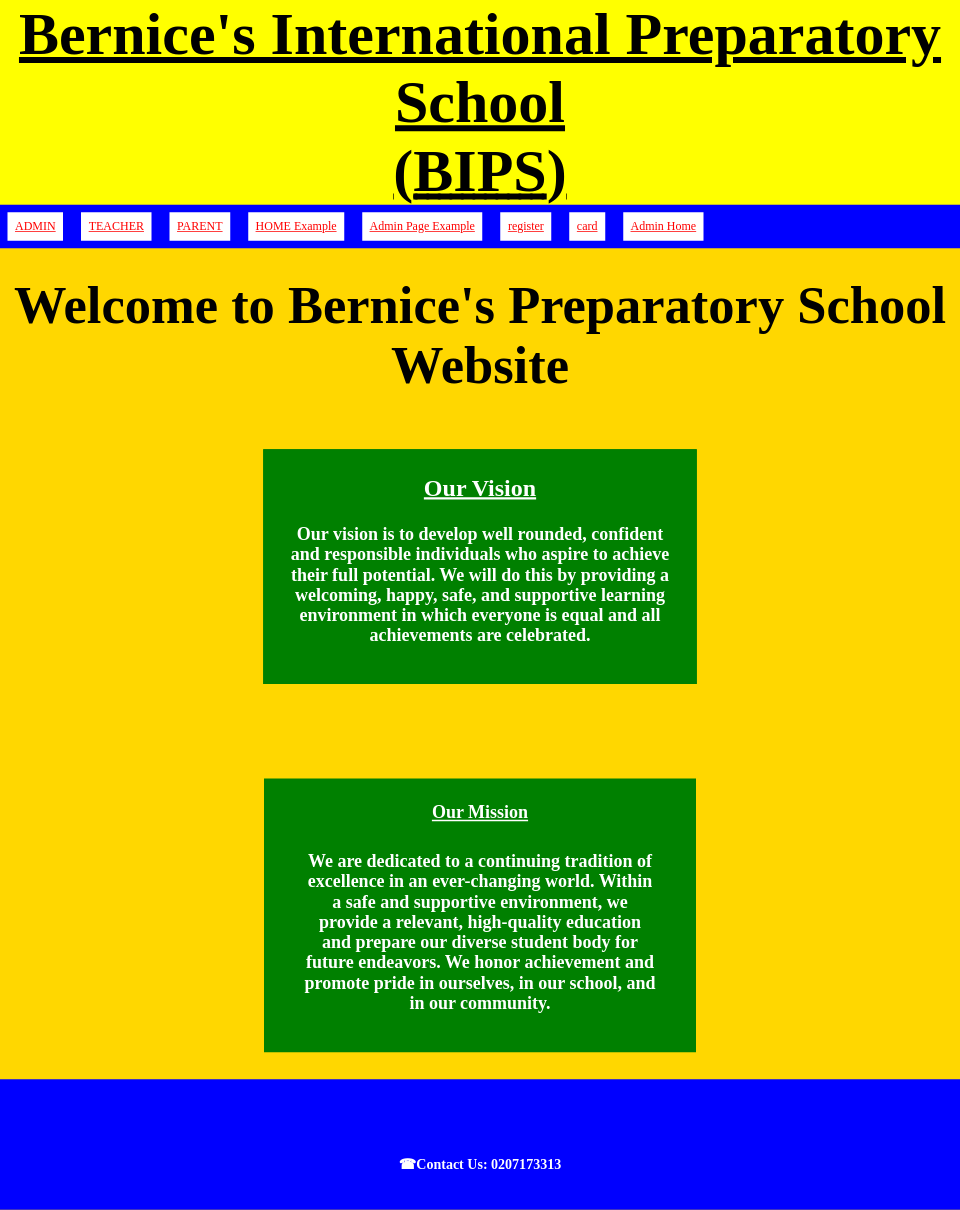
Repository: joseackah/eclipse-workspace
Page: http://localhost/com.school.mgt.system.Front.End/WEB-INF/views/index.jsp
An editor plug-in stored every save of this project. The page is shown before and after the next save, followed by the edit.
The browser window is 1280 px wide. The pictures show the whole page, at 75% of full size.
The page is served by Tomcat 9. Nobody is signed in. The template is opened directly, without the code that normally fills it, so the values that code supplies are empty.

Above is the page before, as saved 2021-08-16 12:22:12.

After the next save:
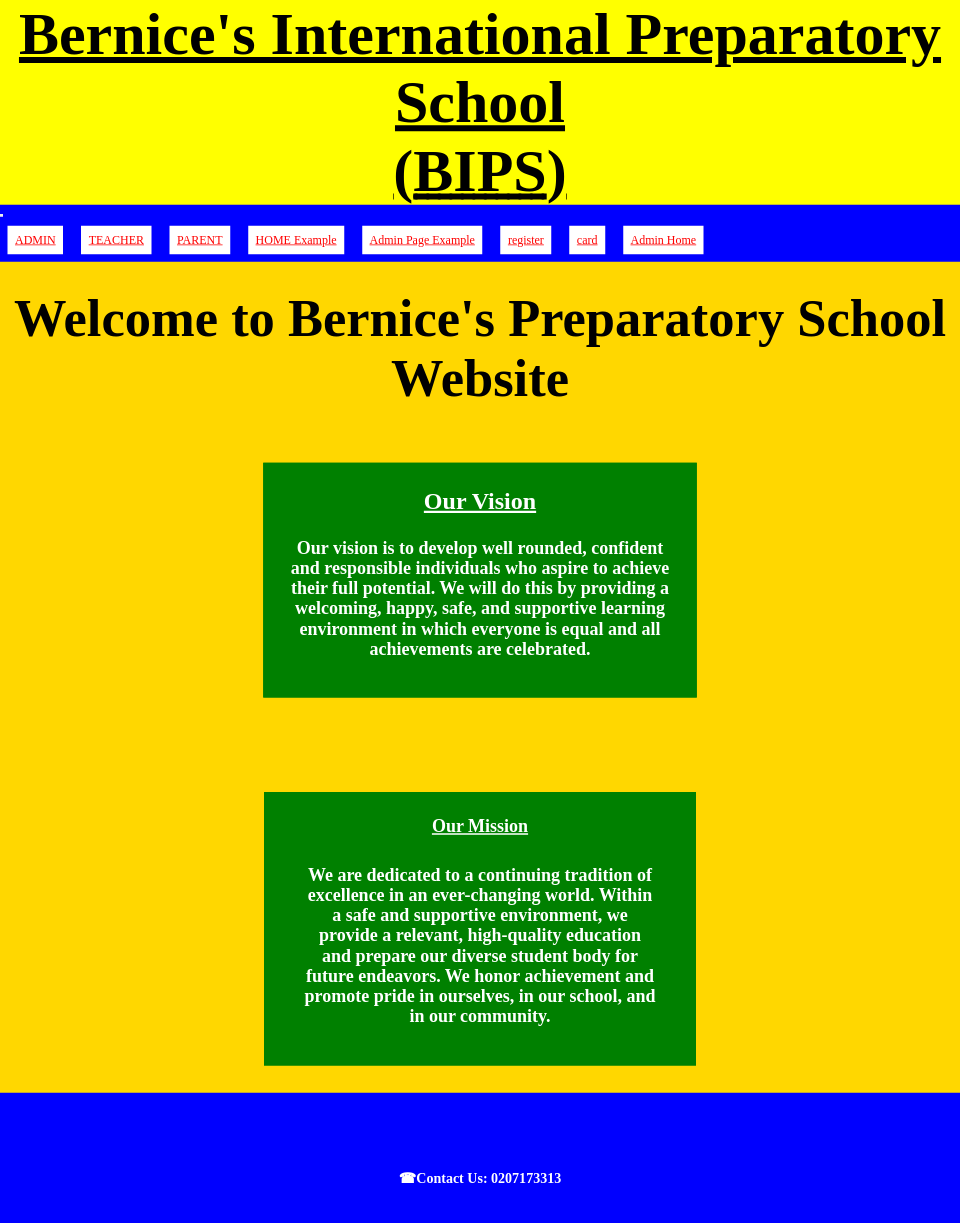
Saved 8 min 57 s later.
--- a/com.school.mgt.system.Front.End/src/main/webapp/WEB-INF/views/index.jsp
+++ b/com.school.mgt.system.Front.End/src/main/webapp/WEB-INF/views/index.jsp
@@ -66,6 +66,7 @@ align-content: center;
         <h1 style="text-align:center; font-size: 80px;"><ins>Bernice's International Preparatory School <p>(<abbr title="Bernice's International Preparatory School">BIPS</abbr>)</p></ins></h1>
     </div>
     <nav>
+    <button class="navbar-toggler" type="button" data-toggle="collapse" data-taget=""  <span ></span></button>
         <ul>
             <li><a href="${pageContext.request.contextPath}/general/logIn">ADMIN</a></li>
             <li><a href="${pageContext.request.contextPath}/general/teacherLogin">TEACHER</a></li>
